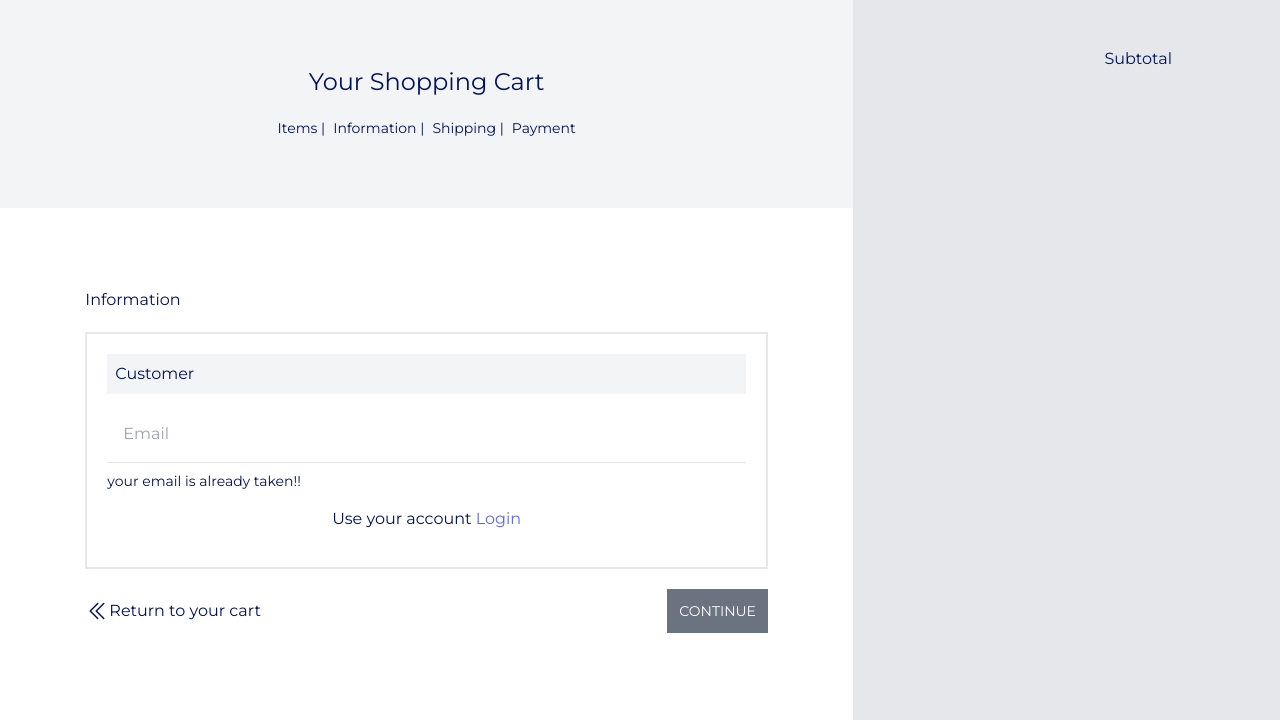
Repository: hsumyatm7308/ecommerce-small-shopping
Page: http://localhost/informationpage.php
The author's editor kept a copy of each file at every save. The page is drawn from the files as they stood at one save, then again after the next save.
The browser window is 1280 px wide. The pictures show the whole page.
Some web libraries are served in a nearby version. The page is run by PHP 8.4 with error messages shown; the project is at /var/www/html/. Queries for data that is not in the repository find no rows.

Above is the page before, as saved 2023-08-27 19:23:09.

After the next save:
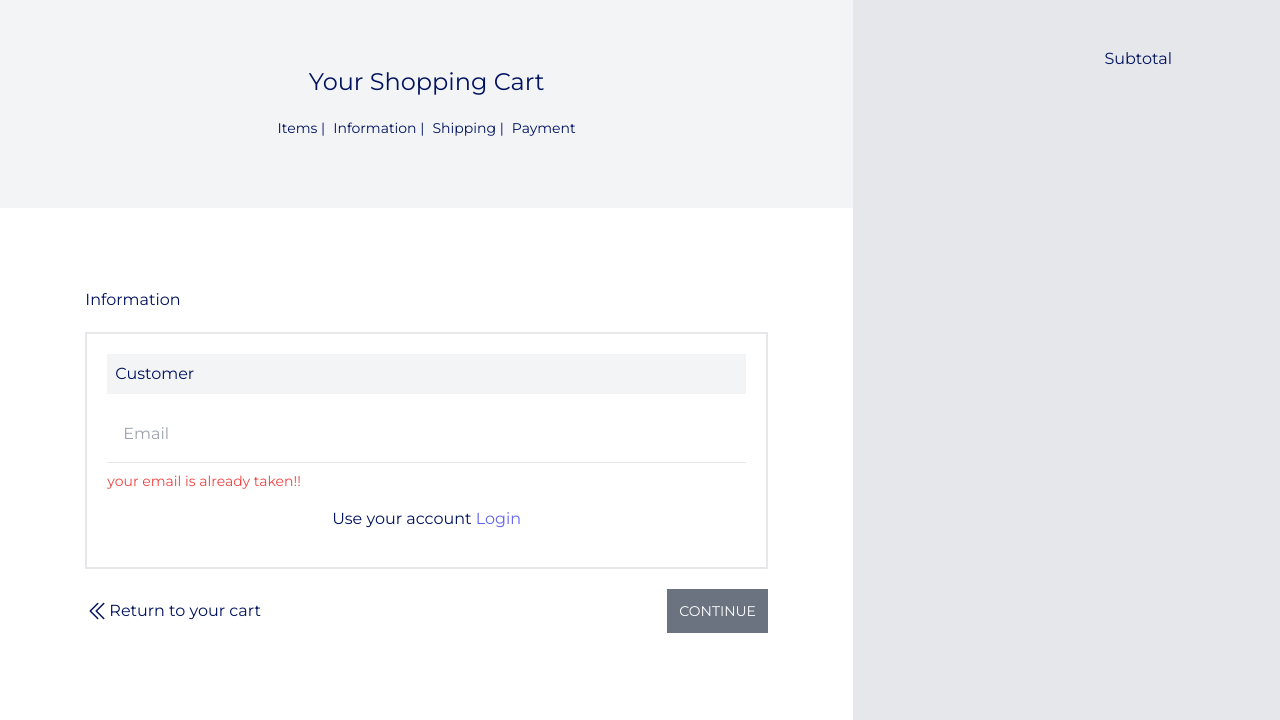
Saved 12 s later.
--- a/shop/informationpage.php
+++ b/shop/informationpage.php
@@ -92,7 +92,7 @@ try {
                                             class="w-full focus:outline-none p-4 val" placeholder="Email">
                                     </div>
 
-                                    <span class="text-sm">your email is already taken!!</span>
+                                    <span class="text-sm text-red-500">your email is already taken!!</span>
 
                                     <div class="w-full">
 
